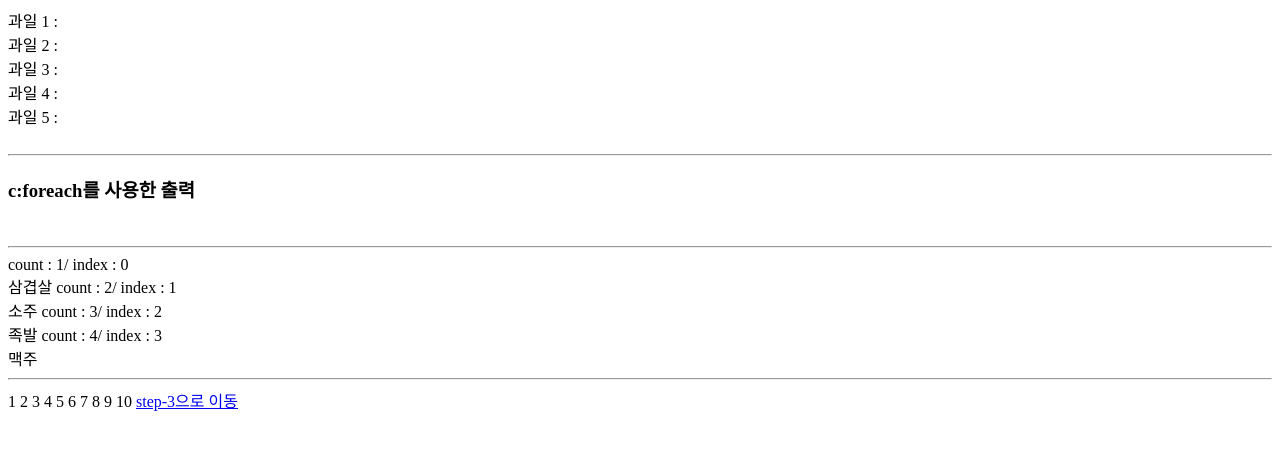
Repository: saeeeem2/2023JSTL
Page: http://localhost/jstl_study/step-4.jsp
These files come from the project's save history. The page is drawn as it stood at one moment and after the next save; the edit follows.
The browser window is 1280 px wide. The pictures show the whole page.
The page is served by Tomcat 9. Other server files are loaded and not shown.

Above is the page before, as saved 2023-11-23 00:22:25.

### jstl_study/src/main/webapp/step-4.jsp
<%@ page language="java" contentType="text/html; charset=UTF-8"
    pageEncoding="UTF-8"%>
    <%@ taglib uri="http://java.sun.com/jsp/jstl/core" prefix="c"%>
<!DOCTYPE html>
<html>
<head>
<meta charset="UTF-8">
<title>Insert title here</title>
</head>
<body>

과일 1 : ${paramValues.food[0] }<br>
과일 2 : ${paramValues.food[1] }<br>
과일 3 : ${paramValues.food[2] }<br>
과일 4 : ${paramValues.food[3] }<br>
과일 5 : ${paramValues.food[4] }<br>
<br>
<hr>
<h3>c:foreach를 사용한 출력</h3>
<!-- varStatus index(0번지부터 시작), count(1부터 시작) -->
<c:forEach items="${paramValues.food }" var="foods" varStatus="st">

	과일 ${st.index} / ${st.count} : ${foods }<br>

</c:forEach>

<%

	String friends[]={"삼겹살","소주","족발","맥주"};
	//java Controller에서 jsp로 데이터를 보낼 때 사용
	request.setAttribute("f",friends);

%>
<br><hr>
<c:forEach items="${requestScope.f }" var="fname" varStatus="st"> <!-- requestScope는 생략 가능 -->
	count : ${st.count }/
	index : ${st.index }<br>

	${fname }

</c:forEach>
<br>
<hr>

<c:forEach begin="1" end="10" var="i">
	${i }
</c:forEach>

<a href="step-3.jsp">step-3으로 이동</a>

</body>
</html>

After the next save:
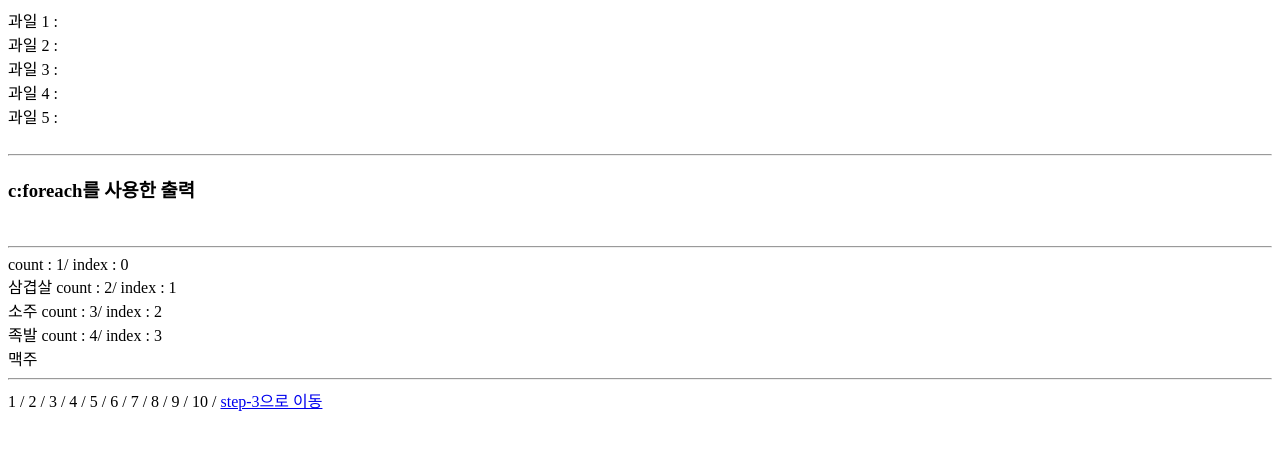
Saved 8 s later.
--- a/jstl_study/src/main/webapp/step-4.jsp
+++ b/jstl_study/src/main/webapp/step-4.jsp
@@ -43,7 +43,7 @@
 <hr>
 
 <c:forEach begin="1" end="10" var="i">
-	${i }
+	${i } /
 </c:forEach>
 
 <a href="step-3.jsp">step-3으로 이동</a>
